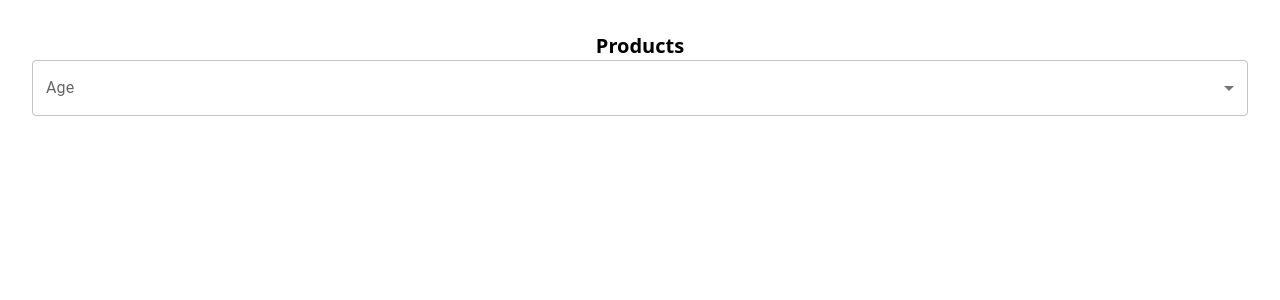
Repository: Hardyy00/2115000424
Page: / (app in question2/)
These files come from the project's save history. The page is drawn as it stood at one moment and after the next save; the edit follows.
The browser window is 1280 px wide. The pictures show the whole page.
The project was rebuilt for these pictures with package versions that can differ from the ones it lists, and the page was loaded fresh each time. Also part of the build but not shown: question2/vite.config.ts.

Above is the page before, as saved 2024-07-12 16:21:40.

### question2/src/App.tsx
import { useEffect, useState } from "react";
import "./App.css";
import { FormControl, InputLabel, MenuItem, Select } from "@mui/material";

function App() {
  const [currentPage, setCurrentPage] = useState<number>(1);
  const [filter, setFilter] = useState<string>("");

  const [data, setData] = useState<[] | null>(null);

  // useEffect(() =>
  //   const getData = async fetch(
  //     "http://localhost:8080/categories/Laptop/products?n=6&page=1"
  //   );
  // });

  return (
    <main className="w-full h-full">
      <header>
        <h1 className="font-bold text-xl">Products</h1>
      </header>

      <section>
        <div>
          <FormControl fullWidth>
            <InputLabel id="demo-simple-select-label">Age</InputLabel>
            <Select
              labelId="demo-simple-select-label"
              id="demo-simple-select"
              value={filter}
              label="Age"
              onChange={(e) => setFilter(e.target.value)}
            >
              <MenuItem value={""}>Select</MenuItem>
              <MenuItem value={"rating"}>Rating</MenuItem>
              <MenuItem value={"price"}>Price</MenuItem>
              <MenuItem value={"discount"}>Discount</MenuItem>
            </Select>
          </FormControl>
        </div>
      </section>
    </main>
  );
}

export default App;

Loaded but not shown: question2/index.html (common file); question2/src/main.tsx (common file); question2/src/index.css (common file); question2/src/App.css (common file); question2/tailwind.config.js (common file)

After the next save:
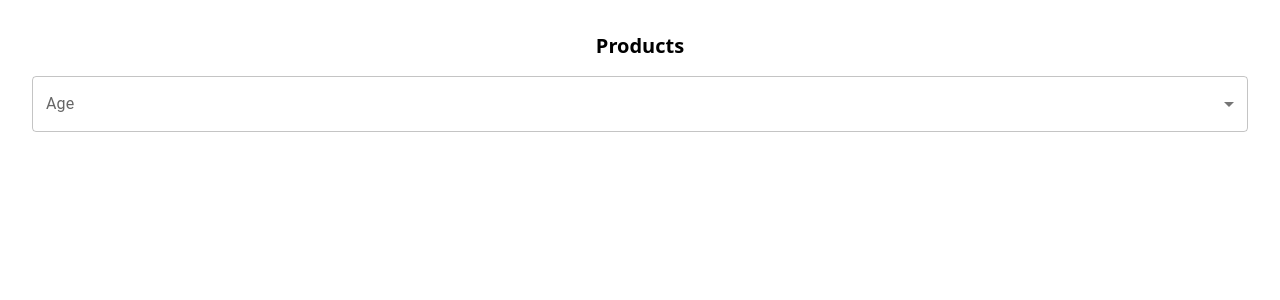
Saved 23 s later.
--- a/question2/src/App.tsx
+++ b/question2/src/App.tsx
@@ -15,7 +15,7 @@ function App() {
   // });
 
   return (
-    <main className="w-full h-full">
+    <main className="w-full h-full space-y-4">
       <header>
         <h1 className="font-bold text-xl">Products</h1>
       </header>
